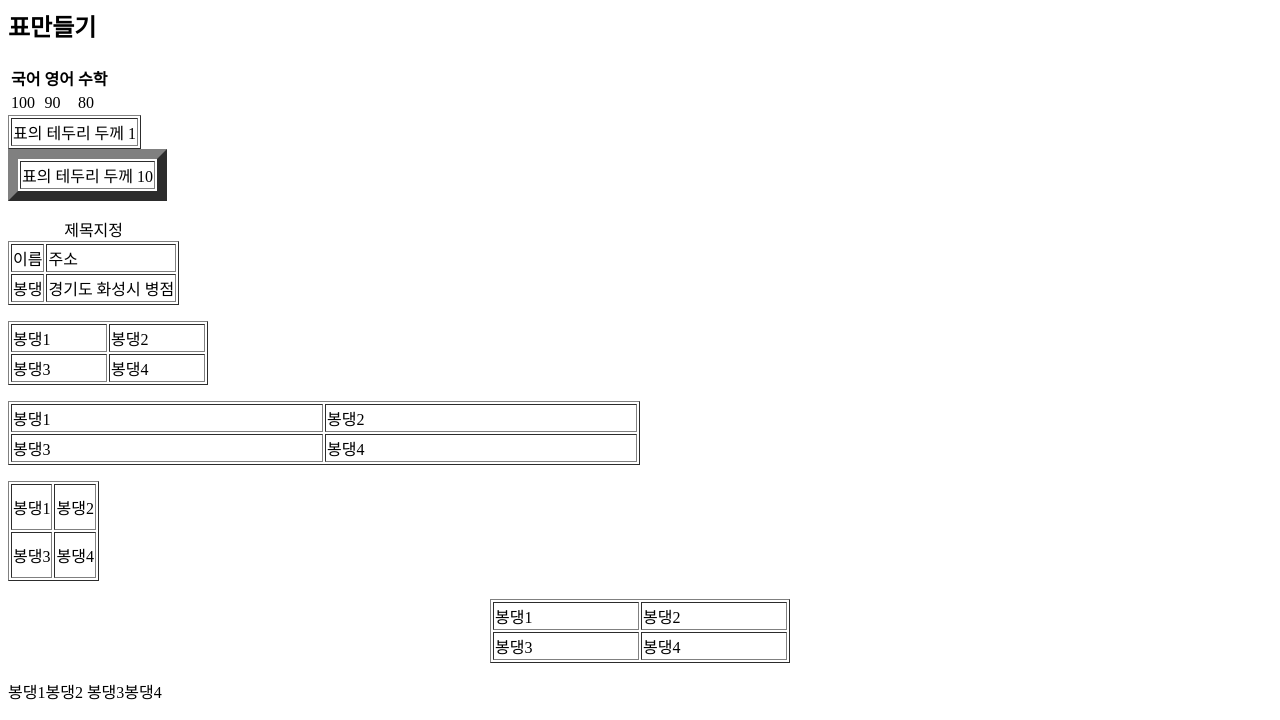
Repository: kisunssong/jsp
Page: http://localhost/test/table.jsp
An editor plug-in stored every save of this project. The page is shown before and after the next save, followed by the edit.
The browser window is 1280 px wide. The pictures show the whole page.
The page is served by Tomcat 9.

Above is the page before, as saved 2020-10-28 14:16:04.

### test/WebContent/table.jsp
<%@ page language="java" contentType="text/html; charset=EUC-KR"
    pageEncoding="EUC-KR"%>
<HTML>
<HEAD><TITLE>표만들기 시작~</TITLE></HEAD>
<H2>표만들기</H2>
<TABLE>
<TR><TH>국어<TH>영어<TH>수학</TR>
<!-- TR은 ROW 하나의 행을 구분 을 지정) -->
<!-- TH은 COLUMN 윗줄에 제목 지정 -->
<TR><TD>100<TD>90<TD>80</TR>
<!-- TD은 COLUMN에 밑에 데이터를 지정 -->
</TABLE>

<TABLE BORDER="1">
<!-- 테이블의 BORDER=테두리두께 -->
<TR><TD>표의 테두리 두께 1</TR>
<TABLE BORDER="10">
<TR><TD>표의 테두리 두께 10</TR>
</TABLE><P>

<TABLE BORDER="1">
<CAPTION ALIGN="TOP">제목지정</CAPTION>
<!-- CAPTION 표의제목 , ALIGN 위치 TOP 위에 제목지정 -->
<TR><TD>이름<TD>주소</TR>
<!-- 표에 한칸 한칸 들어간다 -->
<TR><TD>봉댕<TD>경기도 화성시 병점</TR>
</TABLE><P>

<TABLE BORDER="1" WIDTH="200">
<!-- WIDTH 전체 넓이 200픽셀 -->
<TR><TD>봉댕1<TD>봉댕2</TR>
<TR><TD>봉댕3<TD>봉댕4</TR>
</TABLE><P>

<TABLE BORDER="1" WIDTH="50%">
<!-- WIDTH 전체 넓이 50%차지 -->
<TR><TD>봉댕1<TD>봉댕2</TR>
<TR><TD>봉댕3<TD>봉댕4</TR>
</TABLE><P>

<TABLE BORDER="1" HEIGHT="100">
<!-- HEIGHT 전체 높이 100픽셀 (전체크기 % 지정가능)-->
<TR><TD>봉댕1<TD>봉댕2</TR>
<TR><TD>봉댕3<TD>봉댕4</TR>
</TABLE><BR>

<TABLE BORDER="1" WIDTH="300" ALIGN="CENTER">
<!-- WIDTH 전체높이 300픽셀에 ALIGN 중앙에 표위치지정(LEFT,CENTER,RIGHT) -->
<TR><TD>봉댕1<TD>봉댕2</TR>
<TR><TD>봉댕3<TD>봉댕4</TR>
</TABLE><P>

<TABEL BORDER="1" ALIGN="LEFT" CELLSPACING="10">
<TR><TD>봉댕1<TD>봉댕2</TR>
<TR><TD>봉댕3<TD>봉댕4</TR>
</TABEL>
</HTML>

After the next save:
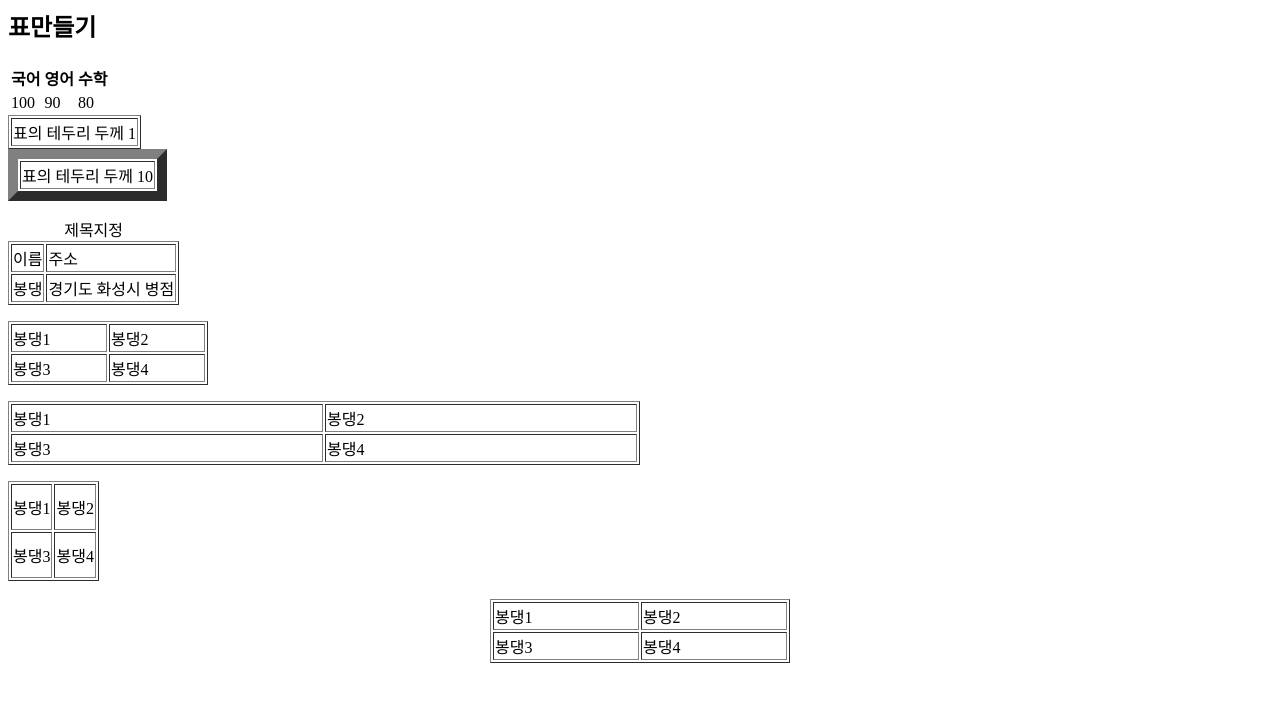
Saved 36 s later.
--- a/test/WebContent/table.jsp
+++ b/test/WebContent/table.jsp
@@ -48,10 +48,5 @@
 <!-- WIDTH 전체높이 300픽셀에 ALIGN 중앙에 표위치지정(LEFT,CENTER,RIGHT) -->
 <TR><TD>봉댕1<TD>봉댕2</TR>
 <TR><TD>봉댕3<TD>봉댕4</TR>
-</TABLE><P>
-
-<TABEL BORDER="1" ALIGN="LEFT" CELLSPACING="10">
-<TR><TD>봉댕1<TD>봉댕2</TR>
-<TR><TD>봉댕3<TD>봉댕4</TR>
-</TABEL>
+</TABLE>
 </HTML>
